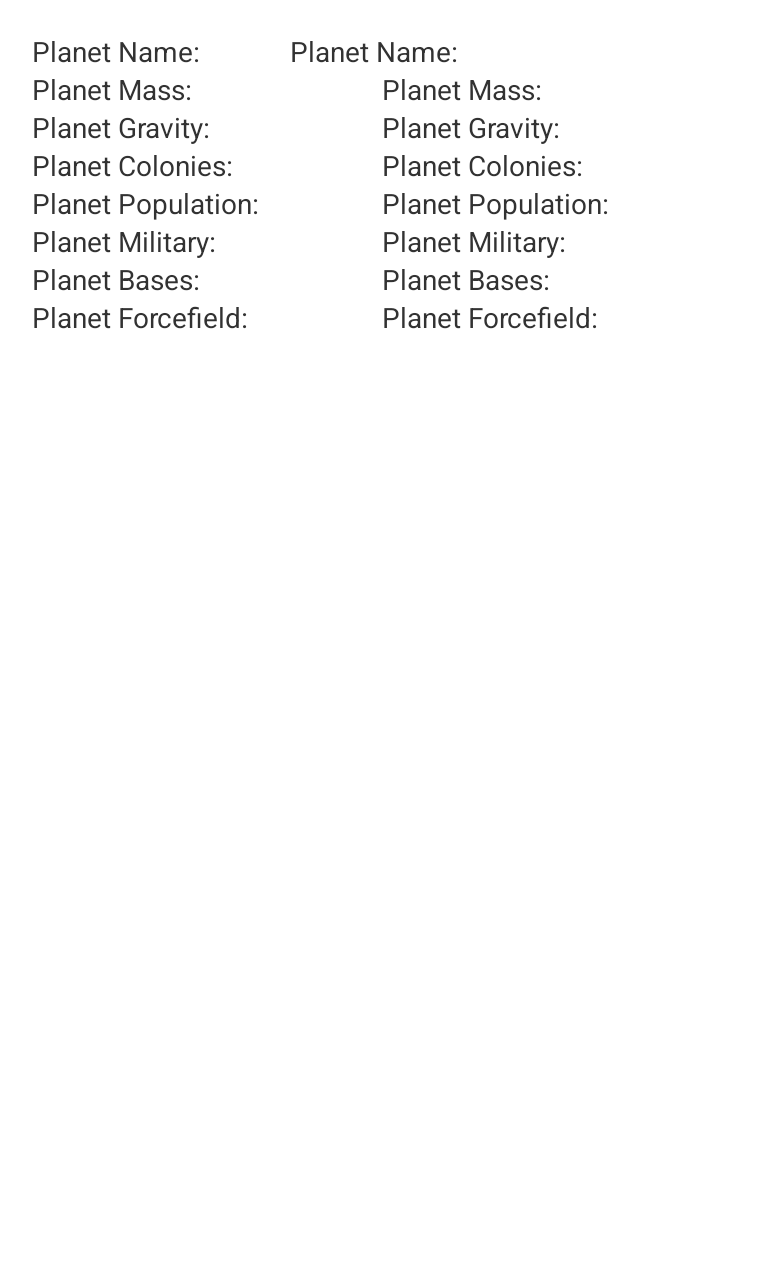
Repository: blender-head/android_basic
Layout: Hello_World/res/layout/activity_main.xml
An editor plug-in stored every save of this project. The layout is shown before and after the next save, followed by the edit.
It is drawn on a 768 x 1280 px phone screen (xhdpi) without system bars, with theme AppTheme; the app's code is not run. The app's manifest (not shown) leaves right-to-left support off. So textAlignment, textDirection and layoutDirection are ignored, and left and right values win over start and end ones.

Above is the layout before, as saved 2013-12-31 15:58:21.

After the next save:
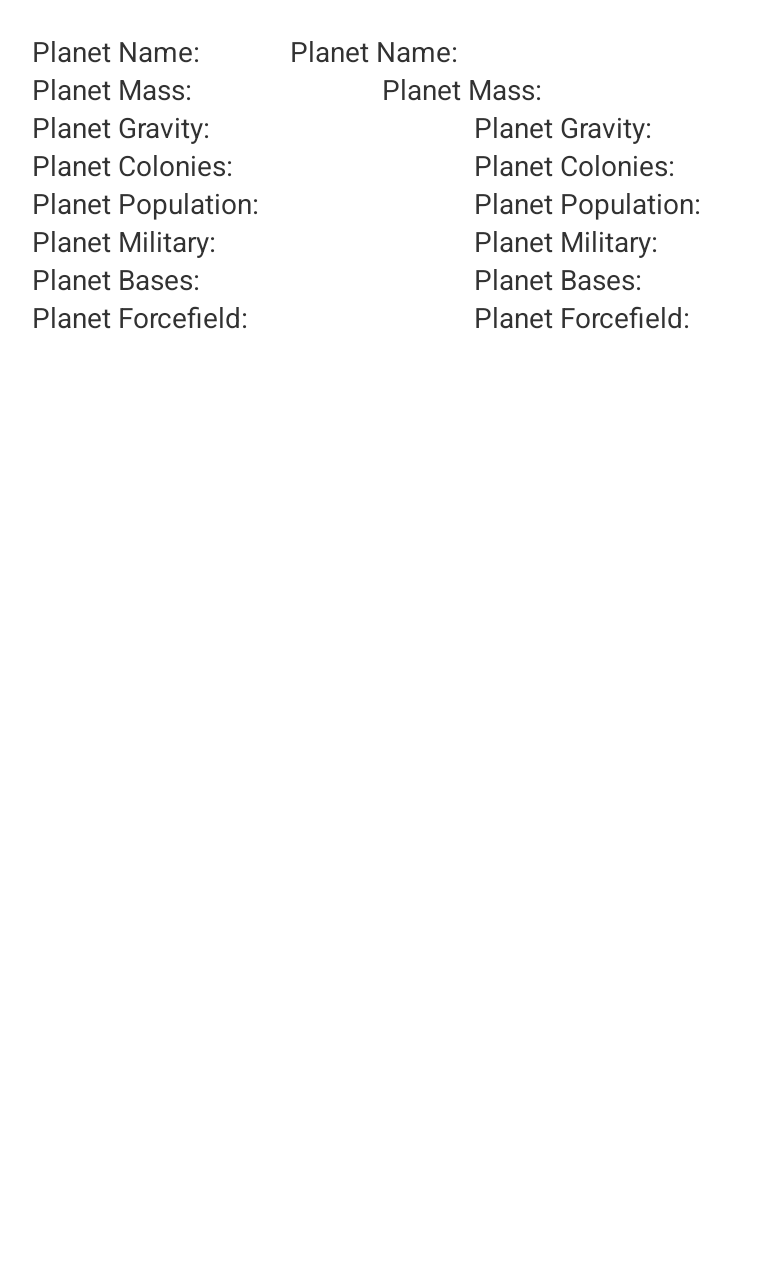
Saved 8 s later.
--- a/Hello_World/res/layout/activity_main.xml
+++ b/Hello_World/res/layout/activity_main.xml
@@ -59,6 +59,7 @@
         android:layout_below="@+id/dataView2"
         android:layout_width="wrap_content"
         android:layout_height="wrap_content"
+        android:layout_marginLeft="46dip"
         android:text="@string/planet_gravity_label" />
 
 	<!-- Planet Colonies label -->
